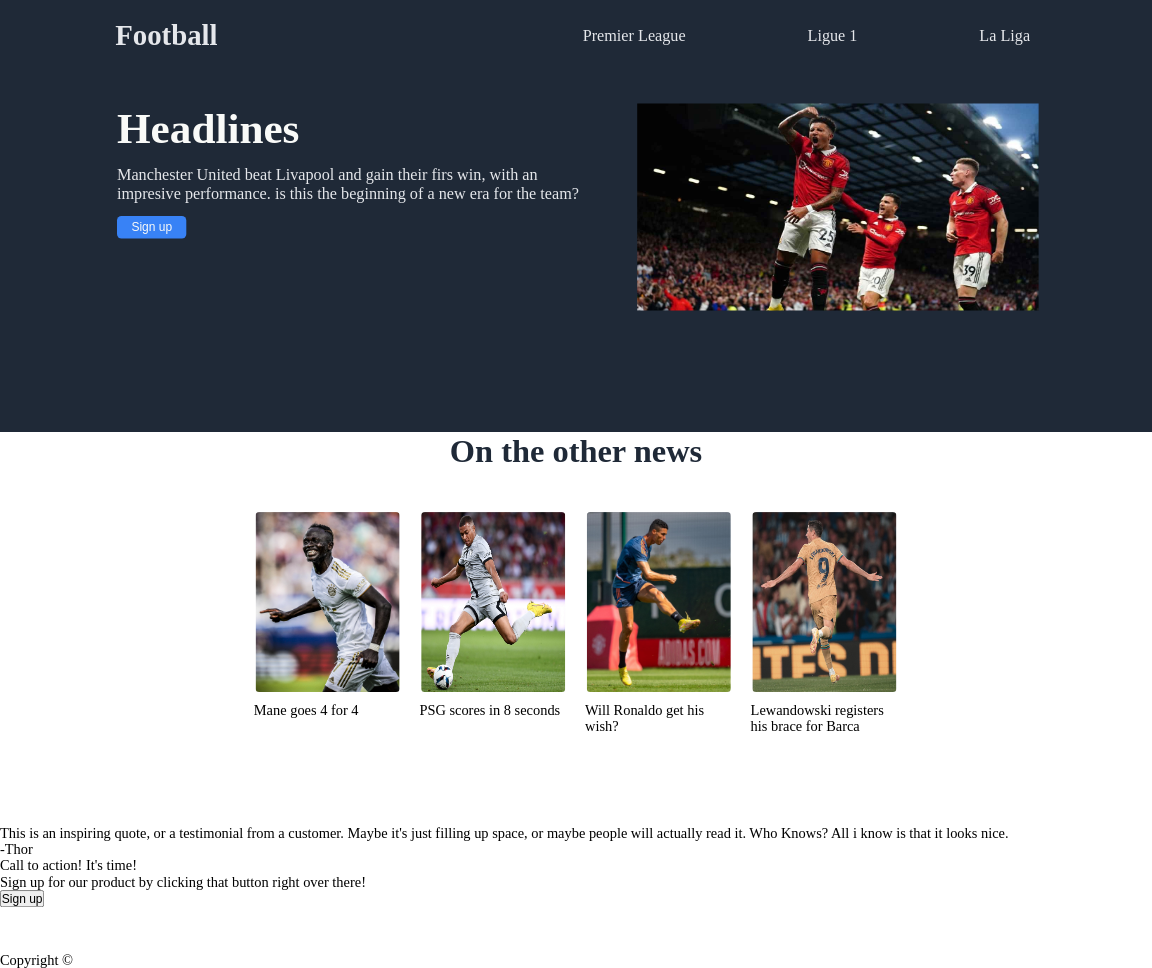
Repository: MhlengiNgubane/Brainnest_CSS
Page: index.html
The author's editor kept a copy of each file at every save. The page is drawn from the files as they stood at one save, then again after a run of saves.
The browser window is 1280 px wide. The pictures show the whole page, at 90% of full size.

Above is the page before, as saved 2022-08-28 00:40:06.

After the next 4 saves:
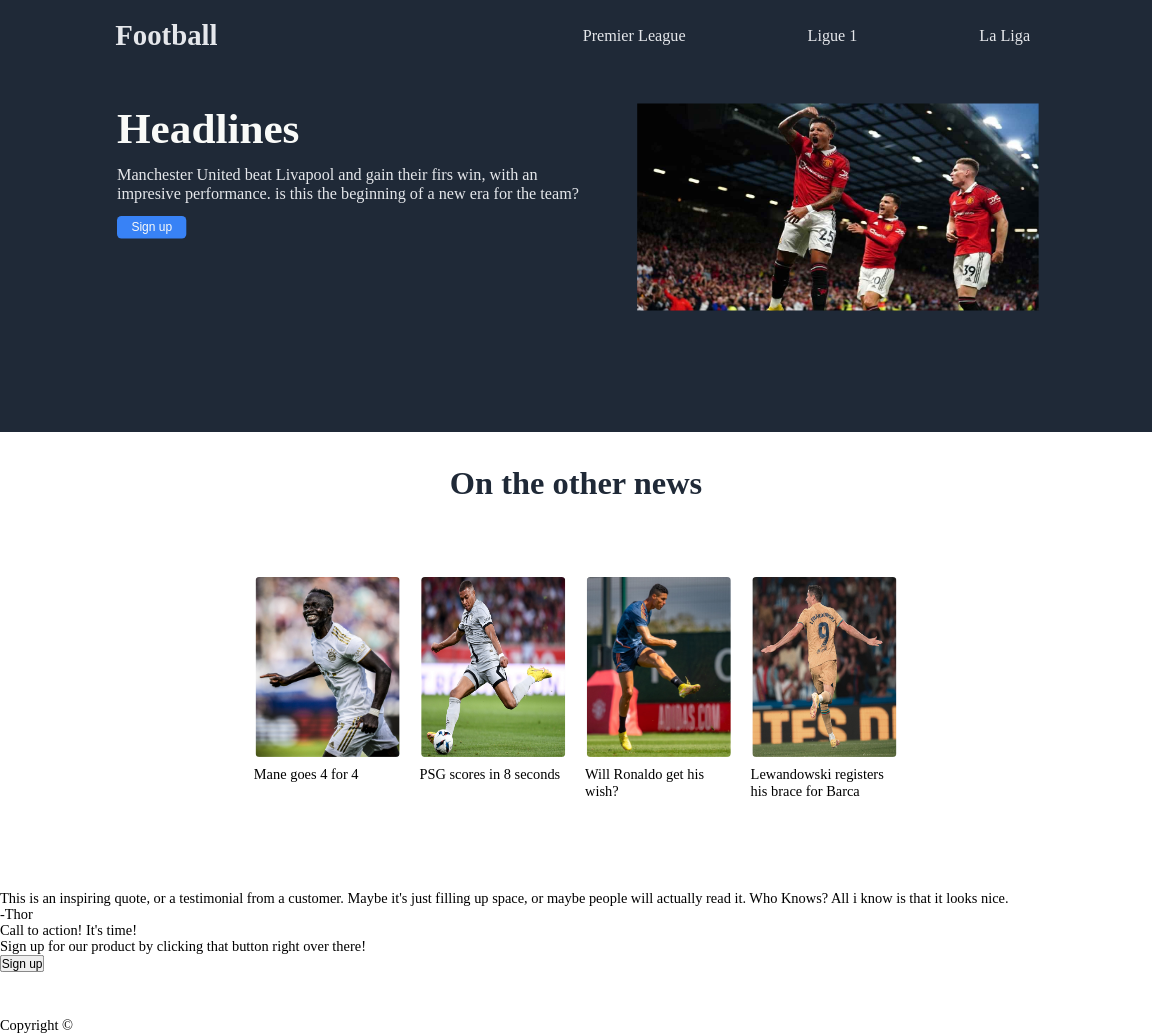
The 4 saves are shown as one change because they came seconds apart.
The last was saved 19 s later.
--- a/css/style.css
+++ b/css/style.css
@@ -86,7 +86,7 @@
 .main-header {
     color: #1F2937;
     text-align: center;
-    margin: 0px 36px;
+    margin: 36px 0px;
     font-size: 36px;
 }
 .images {
